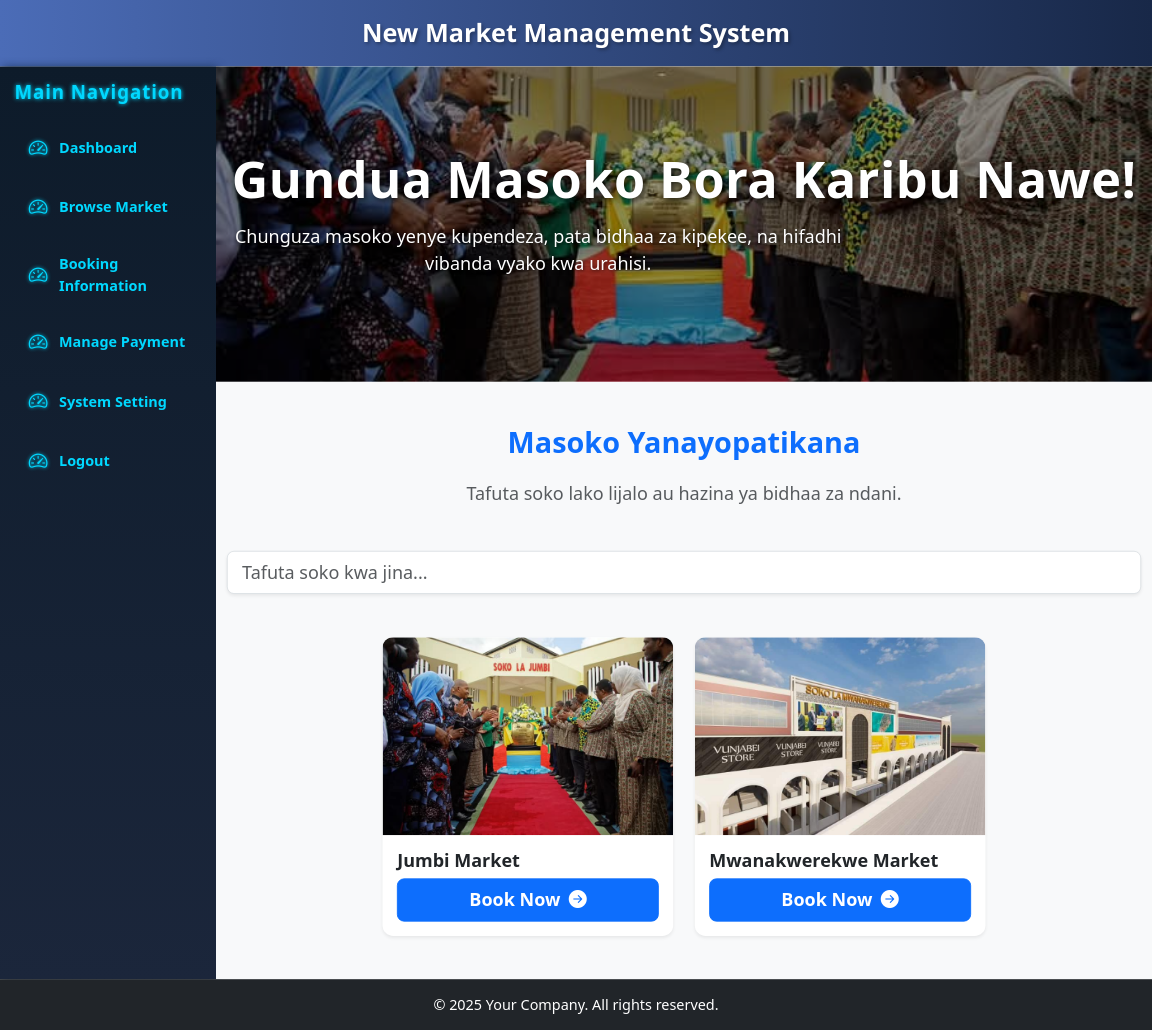
Repository: AbdulqadirSaid/react-market-front-end
Page: /browse-market
An editor plug-in stored every save of this project. The page is shown before and after a run of saves, followed by the edit.
The browser window is 1280 px wide. The pictures show the whole page, at 90% of full size.
The project was rebuilt for these pictures with package versions that can differ from the ones it lists, and the page was loaded fresh each time. Also part of the build but not shown: src/LoginForm.js, src/App.css, src/admin/AdminDashboard.js, src/admin/ManageCustomers.js, src/admin/ManageMarketOwner.js, src/admin/GenerateReport.js, src/admin/AccountSetting.js, src/owner/OwnerDashboard.js and 9 more.

Above is the page before, as saved 2025-06-03 17:09:26.

### src/index.js
import React from 'react';
import ReactDOM from 'react-dom/client';
import './index.css';
import App from './App';
import reportWebVitals from './reportWebVitals';
import { BrowserRouter } from 'react-router-dom';


const root = ReactDOM.createRoot(document.getElementById('root'));
root.render(
  <React.StrictMode>
    <BrowserRouter>
        <App />
    </BrowserRouter>
  </React.StrictMode>
);

// If you want to start measuring performance in your app, pass a function
// to log results (for example: reportWebVitals(console.log))
// or send to an analytics endpoint. Learn more: https://bit.ly/CRA-vitals
reportWebVitals();

### src/index.css
.rounded-logo {
  width: 100px; /* Adjust the size as needed */
  height: 100px; /* Adjust the size as needed */
  border-radius: 50%; /* Makes the image rounded */
}


.nav-link {
  transition: background-color 0.3s ease;
}

.nav-link:hover {
  background-color: rgba(255, 255, 255, 0.1); /* Lighten background on hover */
}








/* Katika faili lako la CSS (mfano, src/index.css) */
.market-card-hover {
  transition: all 0.3s ease-in-out; /* Inafanya mabadiliko kuwa laini */
}

.market-card-hover:hover {
  transform: translateY(-8px); /* Huinua kadi kidogo juu wakati unahamisha kielekezi juu yake */
  box-shadow: 0 1rem 2rem rgba(0, 0, 0, 0.2) !important; /* Kivuli kinene zaidi */
}

### src/App.js
import LoginForm from "./LoginForm";
import "./../node_modules/bootstrap/dist/css/bootstrap.min.css";
import "./App.css";
import { Route, Routes } from "react-router-dom";

//ADMIN-RELATED COMPONENTS//
import AdminDash from "./admin/AdminDashboard";
import ManageCustomers from "./admin/ManageCustomers";
import ManageMarketOwners from "./admin/ManageMarketOwner";
import GenerateReport from "./admin/GenerateReport";
import AccountSettings from "./admin/AccountSetting";


//OWNER-RELATED COMPONENTS//
import OwnerDash from "./owner/OwnerDashboard";
import ManageMarketInfo from "./owner/ManageMarketInfo";
import ManageBookings from "./owner/ManageBookings";
import ManageReports from "./owner/ManageReports";
import ManagePaymentInfo from "./owner/ManagePaymentInfo";


//CUSTOMER-RELATED COMPONENTS//
import CustomerDash from "./customer/CustomerDashboard";
import BrowseMarket from "./customer/BrowseMarket";
import BookingForm from "./customer/BookingForm";
import BookingInfo from "./customer/BookingInfo";
import ManagePayment from "./customer/ManagePayment";
import SystemSetting from "./customer/SystemSetting";


function App() {
  return (
    // <><LoginForm />
    // <Dashboard/>
    // </>

    <Routes>
      <Route path="/" element={<LoginForm />} />

      {/* Admin */}
      <Route path="/admin-dash" element={<AdminDash />} />
      <Route path="/manage-customer" element={<ManageCustomers />} />
      <Route path="/market-owner" element={<ManageMarketOwners />} />
      <Route path="/generate-report" element={<GenerateReport />} />
      <Route path="/account-setting" element={<AccountSettings/>} />


      {/* Owner */}
      <Route path="/owner-dash" element={<OwnerDash />} />
      <Route path="/market-info" element={<ManageMarketInfo />} />
      <Route path="/manage-bookings" element={<ManageBookings />} />
      <Route path="/manage-reports" element={<ManageReports/>} />
      <Route path="/payment-info" element={<ManagePaymentInfo/>} />


      {/* Customer  */}

      <Route path="/dashboard" element={<CustomerDash />} />
      <Route path="/browse-market" element={<BrowseMarket />} />
      <Route path="/booking" element={<BookingForm />} />
      <Route path="/booking-info" element={<BookingInfo />} />
      <Route path="/manage-payment" element={<ManagePayment />} />
      <Route path="/system-setting" element={<SystemSetting />} />
    </Routes>
  );
}

export default App;

### src/customer/BrowseMarket.js
import React, { useState } from 'react';

import Header from '../components/Header';
import Sidebar from '../components/Sidebar';
import Footer from '../components/Footer';

import { NavLink } from 'react-router-dom';


import JumbiImage from '../images/Jumbi-Image.jpg';
import KwereImage from '..//images/Kwere_Image.jpg';

const markets = [
  {
    id: 1,
    title: 'Jumbi Market',
    image: JumbiImage,
  },
  {
    id: 2,
    title: 'Mwanakwerekwe Market',
    image: KwereImage,
  },
];

const BrowseMarket = () => {
  const [searchQuery, setSearchQuery] = useState('');

  // Filter markets based on the search query
  const filteredMarkets = markets.filter(market =>
    market.title.toLowerCase().includes(searchQuery.toLowerCase())
  );

  return (
    <div className="d-flex flex-column min-vh-100">
      <Header />
      <div className="d-flex flex-grow-1">
        <Sidebar />
        <main className="flex-grow-1" style={{ backgroundColor: '#f8f9fa' }}>

          {/* NEW: Hero Section Kwenye Browse Market */}
          <section
            className="py-5 text-center text-white position-relative overflow-hidden animate__animated animate__fadeIn" // Added fade-in animation
            style={{
              backgroundImage: `url(${JumbiImage})`, // Tumia picha ya Jumbi kwa background ya hero
              backgroundSize: 'cover',
              backgroundPosition: 'center',
              minHeight: '350px', // Urefu mkubwa zaidi kwa muonekano bora
              display: 'flex',
              alignItems: 'center',
              justifyContent: 'center',
              flexDirection: 'column',
              // Overlay nyeusi kidogo kwa kusomeka vizuri
              boxShadow: 'inset 0 0 0 2000px rgba(0, 0, 0, 0.4)',
            }}
          >
            <div className="container px-2">
              <h1 className="display-4 fw-bold mb-3 animate__animated animate__fadeInDown" // Kichwa kikubwa na chenye animation
                style={{ textShadow: "2px 2px 8px rgba(0,0,0,0.8)", letterSpacing: "0.5px" }}
              >
                Gundua Masoko Bora Karibu Nawe!
              </h1>
              <p className="lead fs-5 mb-4 animate__animated animate__fadeInUp" // Maelezo mafupi na animation
                style={{ textShadow: "1px 1px 4px rgba(0,0,0,0.7)", maxWidth: "700px" }}
              >
                Chunguza masoko yenye kupendeza, pata bidhaa za kipekee, na hifadhi vibanda vyako kwa urahisi.
              </p>
            </div>
          </section>

          {/* Sehemu ya Maudhui Mengine - Sasa ndani ya kontena la Bootstrap */}
          <div className="container py-5">
            <h2 className="mb-4 text-center text-primary fw-bold animate__animated animate__fadeInUp">Masoko Yanayopatikana</h2>
            <p className="lead text-center text-muted mb-5 animate__animated animate__fadeInUp" style={{ animationDelay: '0.2s' }}>
              Tafuta soko lako lijalo au hazina ya bidhaa za ndani.
            </p>

            {/* Search Bar iliyoboreshwa */}
            <input
              type="text"
              placeholder="Tafuta soko kwa jina..."
              className="form-control form-control-lg mb-5 shadow-sm animate__animated animate__zoomIn" // Ukubwa mkubwa, kivuli, na animation
              value={searchQuery}
              onChange={(e) => setSearchQuery(e.target.value)}
            />

            {/* Gridi ya Kadi za Masoko - Responsive na Hover Effect */}
            <div className="row row-cols-1 row-cols-md-2 row-cols-lg-3 g-4 justify-content-center"> {/* Gridi ya Bootstrap kwa responsiveness */}
              {filteredMarkets.length > 0 ? (
                filteredMarkets.map((market, index) => (
                  <div key={market.id} className="col animate__animated animate__fadeInUp" style={{ animationDelay: `${0.1 * index}s` }}>
                    <div
                      className="card h-100 shadow-sm border-0 market-card-hover" // Class mpya kwa hover effect
                      style={{ borderRadius: '12px', overflow: 'hidden' }} // Border-radius kubwa kidogo
                    >
                      <img
                        src={market.image}
                        className="card-img-top"
                        alt={market.title}
                        style={{ height: '220px', objectFit: 'cover' }} // Urefu mkubwa zaidi kwa picha
                      />
                      <div className="card-body d-flex flex-column justify-content-between p-3">
                        <h5 className="card-title fw-bold mb-2">{market.title}</h5>
                        <NavLink
                          to="/booking"
                          className="btn btn-primary btn-lg mt-auto fw-bold" // Kitufe kikubwa na cheye nguvu
                          style={{ borderRadius: '8px' }}
                        >
                          Book Now <i className="bi bi-arrow-right-circle-fill ms-1"></i>
                        </NavLink>
                      </div>
                    </div>
                  </div>
                ))
              ) : (
                <div className="col-12 text-center">
                  <p className="text-muted fs-5">Hakuna soko lililopatikana linalolingana na utafutaji wako. Jaribu jina tofauti.</p>
                </div>
              )}
            </div>
          </div>
        </main>
      </div>
      <Footer />
    </div>
  );
};

export default BrowseMarket;

### src/components/Header.js
import React from 'react';

const Header = () => {
  return (
    <header
      style={{
        background: 'linear-gradient(90deg, #4b6cb7 0%, #182848 100%)',
        boxShadow: '0 4px 12px rgba(24, 40, 72, 0.6)',
        padding: '1.25rem 2rem',
        color: '#ffffff',
      }}
    >
      <div className="container-fluid d-flex align-items-center justify-content-center">
        <h1
          style={{
            fontWeight: '700',
            fontSize: '1.75rem',
            fontFamily: '"Segoe UI", Tahoma, Geneva, Verdana, sans-serif',
            textShadow: '2px 2px 4px rgba(0,0,0,0.3)',
            marginBottom: 0,
          }}
        >
          New Market Management System
        </h1>
      </div>
    </header>
  );
};

export default Header;

### src/components/Sidebar.js
import React from 'react';
import { Link } from 'react-router-dom';
import 'bootstrap-icons/font/bootstrap-icons.css';
import links from './Links';

const Sidebar = ({ userRole = 'Customer' }) => {
  const roleLinks = links[userRole] || [];

  const getIconClass = (iconName) => {
    switch (iconName) {
      case 'dashboard':
        return 'bi-speedometer2';
      case 'users':
        return 'bi-people-fill';
      case 'settings':
        return 'bi-gear-fill';
      case 'reports':
        return 'bi-bar-chart-line-fill';
      case 'box-seam':
        return 'bi-box-seam';
      default:
        return 'bi-circle';
    }
  };

  return (
    <nav
      style={{
        width: '240px',
        minHeight: 'calc(100vh - 112px)',
        background: 'linear-gradient(180deg, #0d1b2a 0%, #1b263b 100%)',
        boxShadow: '2px 0 10px rgba(11, 38, 71, 0.8)',
        padding: '1rem',
        display: 'flex',
        flexDirection: 'column',
      }}
    >
      <h5
        style={{
          fontWeight: '700',
          fontSize: '1.3rem',
          color: '#00d8ff',
          marginBottom: '1.5rem',
          letterSpacing: '1px',
          textShadow: '0 0 5px #00d8ff',
        }}
      >
        Main Navigation
      </h5>
      <ul style={{ listStyle: 'none', padding: 0, margin: 0, flexGrow: 1 }}>
        {roleLinks.map((linkItem, index) => (
          <li key={index} style={{ marginBottom: '1rem' }}>
            <Link
              to={linkItem.path}
              style={{
                display: 'flex',
                alignItems: 'center',
                textDecoration: 'none',
                color: '#00d8ff',
                fontWeight: '600',
                padding: '0.6rem 1rem',
                borderRadius: '8px',
                transition: 'background-color 0.3s ease, color 0.3s ease',
                fontSize: '1rem',
              }}
              onMouseEnter={e => {
                e.currentTarget.style.backgroundColor = '#ffffff'; // Change background to white
                e.currentTarget.style.color = '#0d1b2a'; // Change text color to dark blue
              }}
              onMouseLeave={e => {
                e.currentTarget.style.backgroundColor = 'transparent'; // Reset background
                e.currentTarget.style.color = '#00d8ff'; // Reset text color
              }}
            >
              <i
                className={`bi ${getIconClass(linkItem.icon)}`}
                style={{ fontSize: '1.3rem', marginRight: '0.8rem', textShadow: '0 0 4px #00d8ff' }}
              />
              {linkItem.label}
            </Link>
          </li>
        ))}
      </ul>
    </nav>
  );
};

export default Sidebar;

### src/components/Footer.js
import React from 'react';

const Footer = () => {
  return (
    <footer className="bg-dark text-white text-center p-3">
      <p className="mb-0">© 2025 Your Company. All rights reserved.</p>
    </footer>
  );
};

export default Footer;

### src/components/Links.js
const links = {
  Admin: [
    { label: "Dashboard", path: "/admin-dash", icon: "dashboard" },
    { label: "Manage Customers", path: "/manage-customer", icon: "dashboard" },
    { label: "Manage Market Owner", path: "/market-owner", icon: "dashboard" },
    { label: "Generate Report", path: "/generate-report", icon: "dashboard" },
    { label: "Account Setting", path: "/account-setting", icon: "dashboard" },
    { label: "Logout", path: "/logout", icon: "dashboard" },
  ],

  Owner: [
    { label: "Dashboard", path: "/owner-dash", icon: "dashboard" },
    { label: "Manage Market Information", path: "/market-info",icon: "dashboard", },
    { label: "Manage Bookings", path: "/manage-bookings", icon: "dashboard" },
    { label: "Manage Reports", path: "/manage-reports", icon: "dashboard" },
    {label: "Manage Payment Information",path: "/payment-info", icon: "dashboard", },
    { label: "Logout", path: "/logout", icon: "dashboard" },
  ],

  Customer: [
    { label: "Dashboard ", path: "/dashboard", icon: "dashboard" },
    { label: "Browse Market", path: "/browse-market", icon: "dashboard" },
    { label: "Booking Information", path: "/booking-info", icon: "dashboard" },
    { label: "Manage Payment", path: "/manage-payment", icon: "dashboard" },
    { label: "System Setting", path: "/system-setting", icon: "dashboard" },
    { label: "Logout", path: "/logout", icon: "dashboard" },
  ],
};

export default links;

Loaded but not shown: public/index.html (common file); src/reportWebVitals.js (common file)

After the next 8 saves:
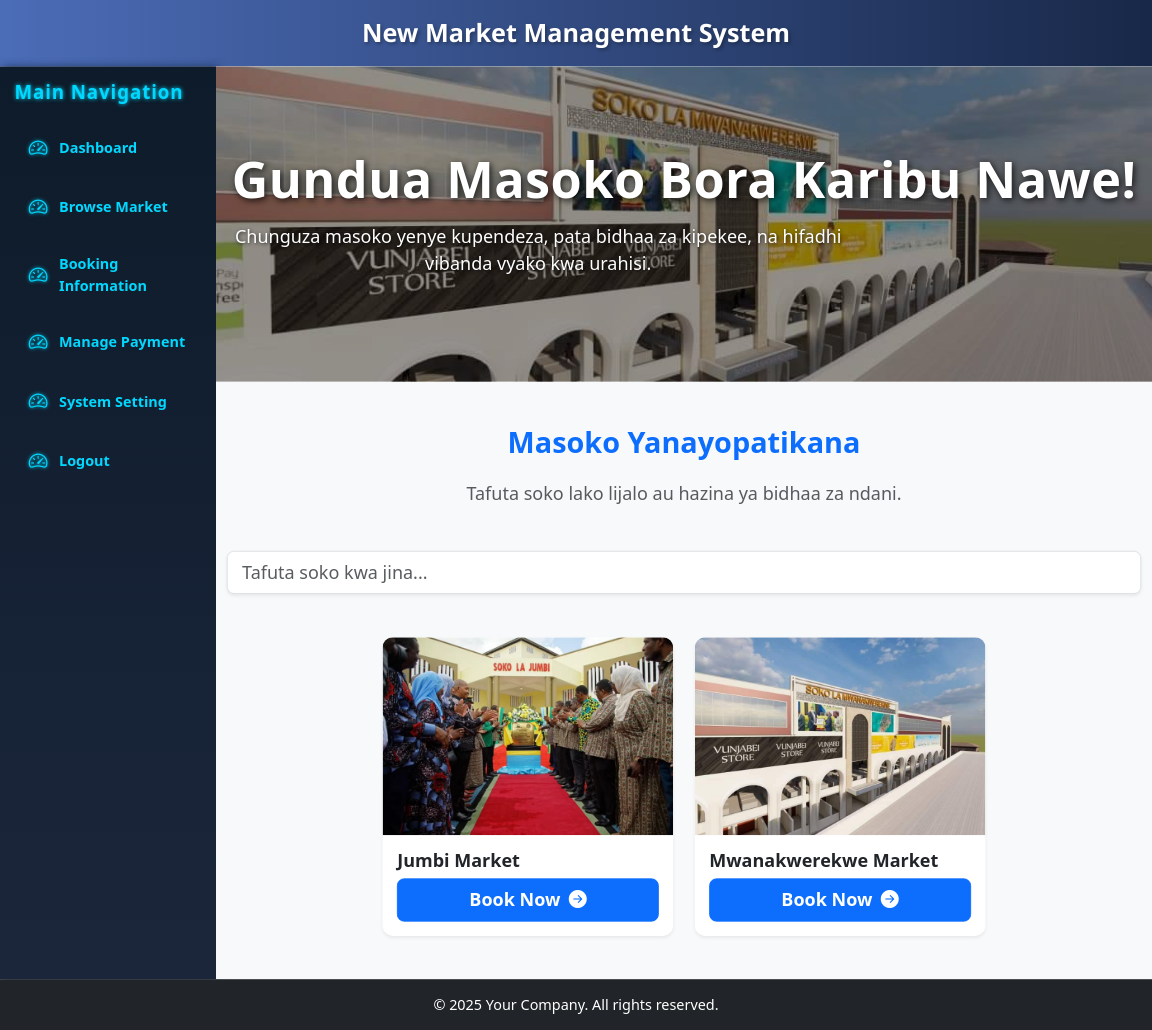
The 8 saves are shown as one change because they came seconds apart.
The last was saved 2 min 57 s later.
--- a/src/customer/BrowseMarket.js
+++ b/src/customer/BrowseMarket.js
@@ -42,7 +42,7 @@
           <section
             className="py-5 text-center text-white position-relative overflow-hidden animate__animated animate__fadeIn" // Added fade-in animation
             style={{
-              backgroundImage: `url(${JumbiImage})`, // Tumia picha ya Jumbi kwa background ya hero
+              backgroundImage: `url(${KwereImage})`, // Tumia picha ya Jumbi kwa background ya hero
               backgroundSize: 'cover',
               backgroundPosition: 'center',
               minHeight: '350px', // Urefu mkubwa zaidi kwa muonekano bora

After the 2 saves that followed:
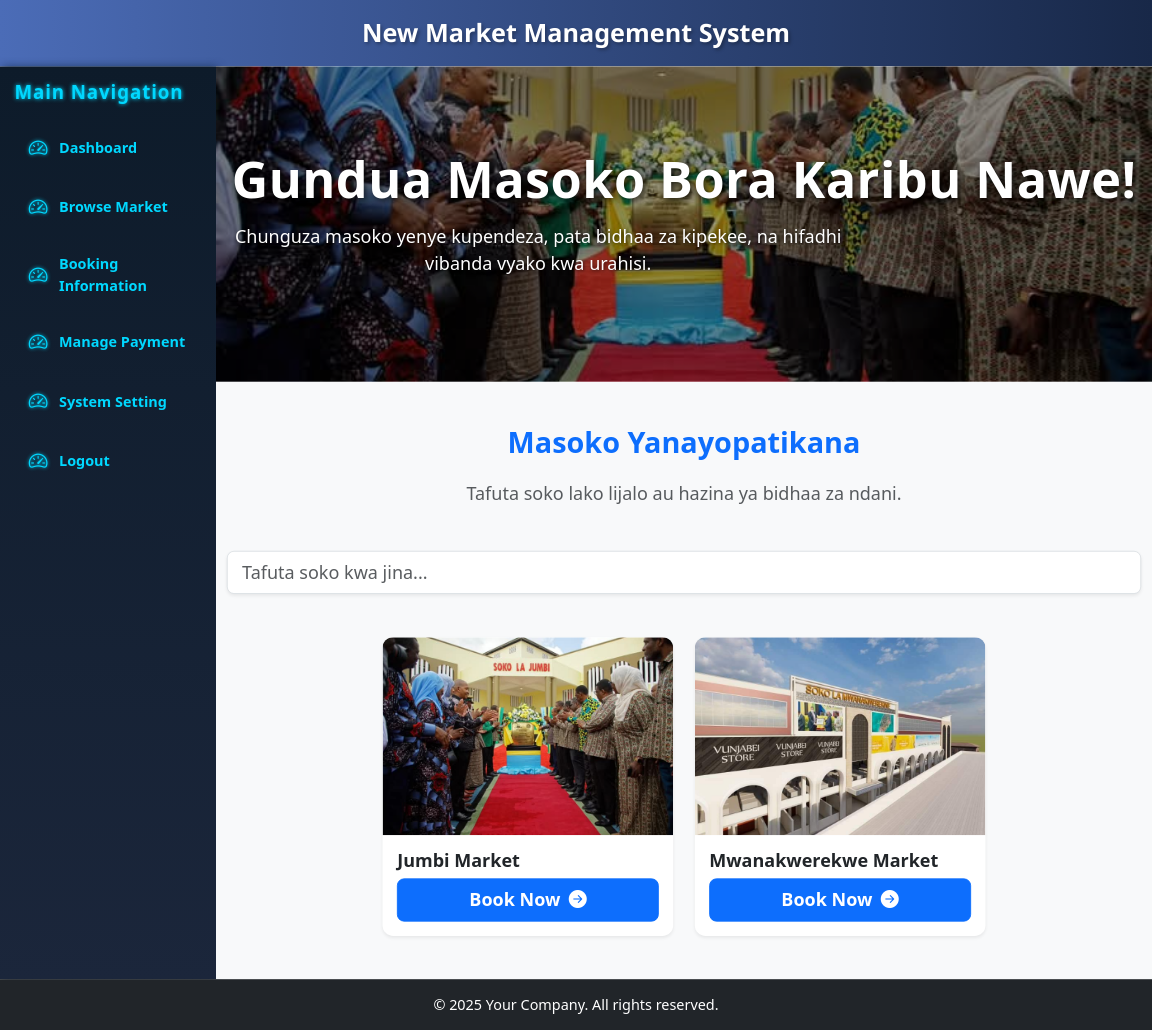
The 2 saves are shown as one change because 1 did not build or start.
The last was saved 69 s later.
--- a/src/customer/BrowseMarket.js
+++ b/src/customer/BrowseMarket.js
@@ -42,7 +42,7 @@
           <section
             className="py-5 text-center text-white position-relative overflow-hidden animate__animated animate__fadeIn" // Added fade-in animation
             style={{
-              backgroundImage: `url(${KwereImage})`, // Tumia picha ya Jumbi kwa background ya hero
+              backgroundImage: `url(${JumbiImage})`, // Tumia picha ya Jumbi kwa background ya hero
               backgroundSize: 'cover',
               backgroundPosition: 'center',
               minHeight: '350px', // Urefu mkubwa zaidi kwa muonekano bora
